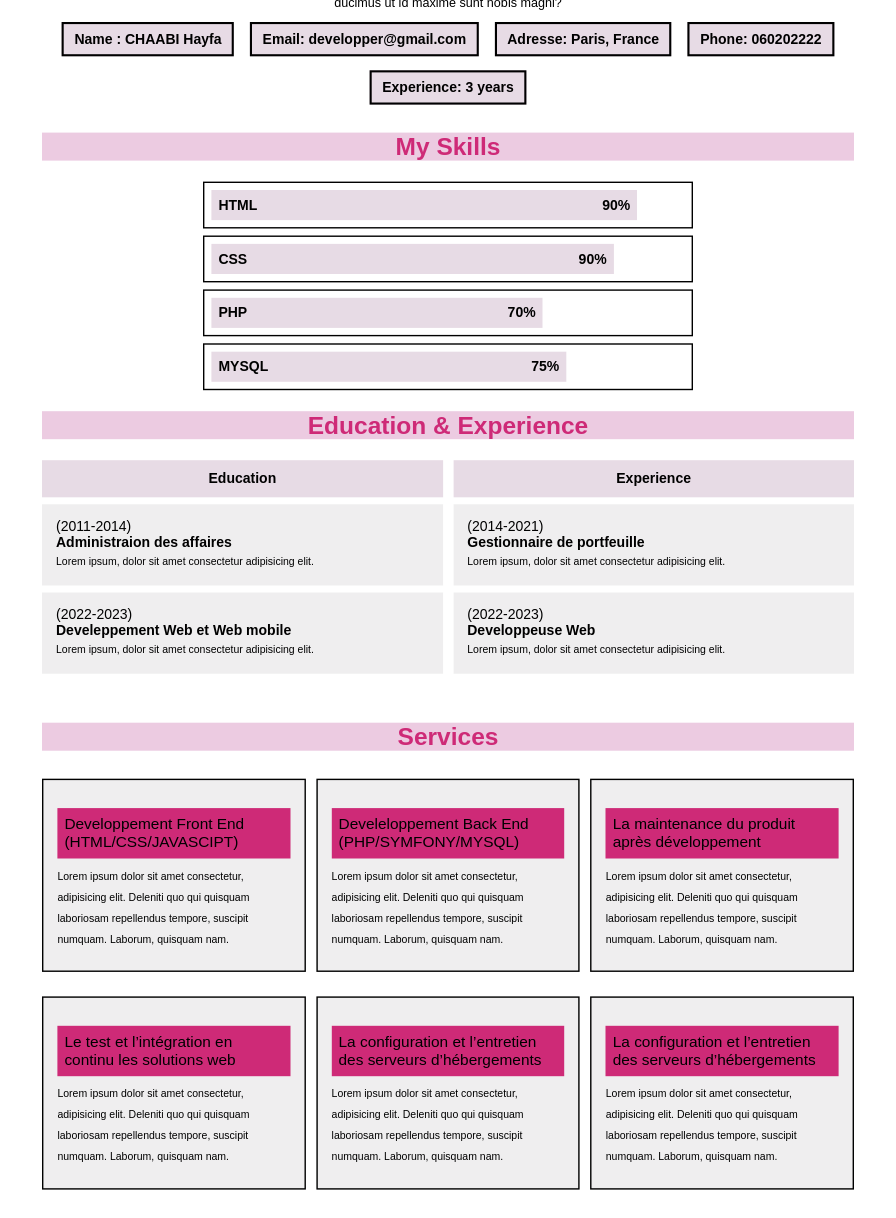
Repository: haifabilel/portfolio_project
Page: http://localhost/
The author's editor kept a copy of each file at every save. The page is drawn from the files as they stood at one save, then again after the next save.
The browser window is 1280 px wide. The pictures show the part of the page from y = 718 to 2638 px (the page is 2458 px tall before and 2638 px after), at 70% of full size.
Some web fonts or font styles are not loaded; a fallback is used. The page is run by PHP 8.4 with error messages shown; the project is at /var/www/html/.

Above is the page before, as saved 2023-09-17 14:00:43.

After the next save:
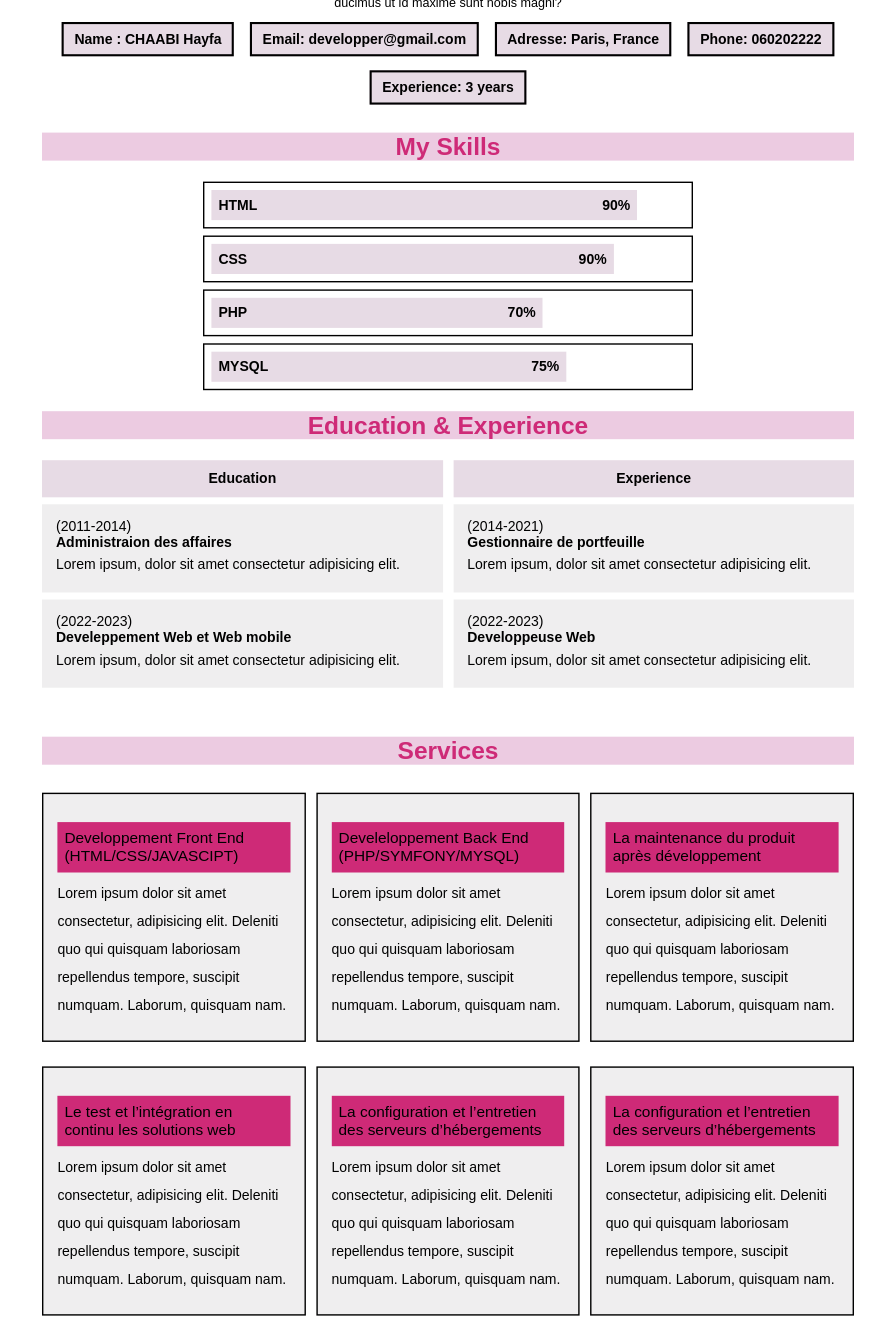
Saved 19 s later.
--- a/css/style.css
+++ b/css/style.css
@@ -287,7 +287,7 @@ padding:1rem;
 }
 .box p{
     line-height:2 ;
-    font-size: 1.5rem;
+    font-size:2rem;
 
 }
 
